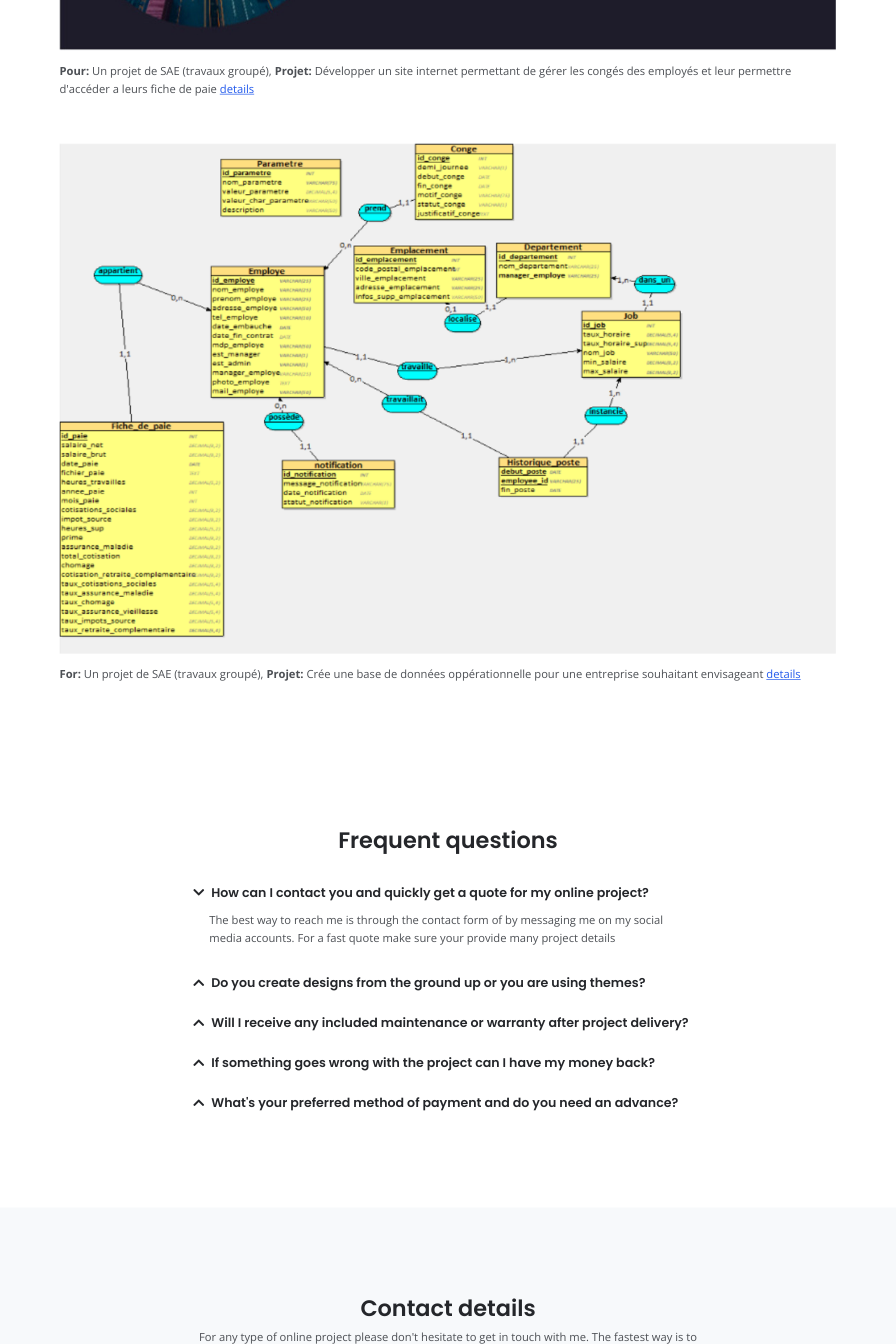
Repository: J2S80000/Portfolio
Page: index.html
The author's editor kept a copy of each file at every save. The page is drawn from the files as they stood at one save, then again after the next save.
The browser window is 1280 px wide. The pictures show the part of the page from y = 4580 to 6500 px (the page is 7477 px tall before and 7503 px after), at 70% of full size.

Above is the page before, as saved 2025-05-05 17:39:56.

After the next save:
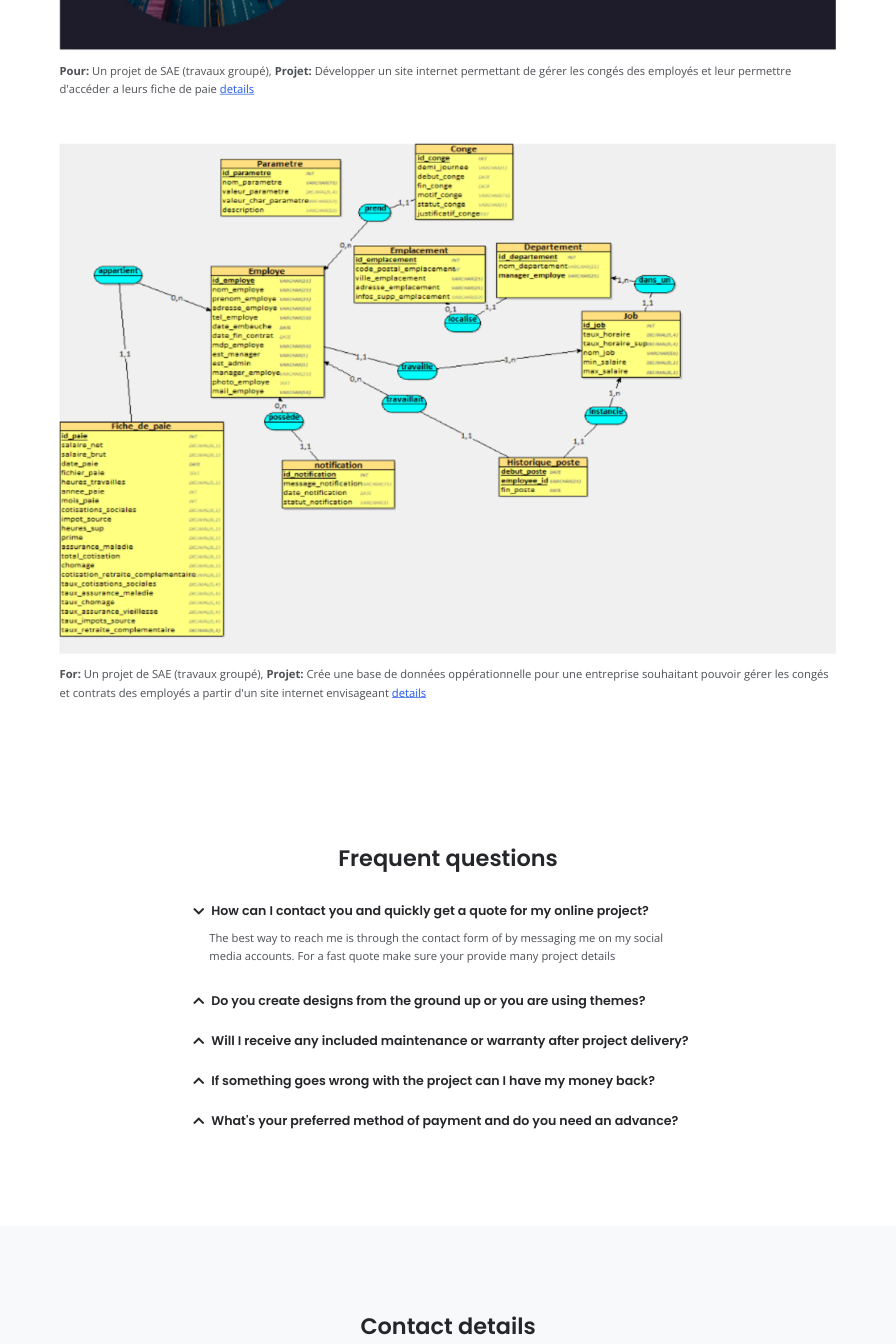
Saved 25 s later.
--- a/index.html
+++ b/index.html
@@ -252,7 +252,7 @@
                                 <img class="img-fluid" src="images/project-3.1.png" alt="alternative">
                             </a>
                         </div> <!-- end of image-container -->
-                        <p><strong>For:</strong> Un projet de SAE (travaux groupé), <strong>Projet:</strong> Crée une base de données oppérationnelle pour une entreprise souhaitant envisageant <a class="blue" href="project.html">details</a></p>
+                        <p><strong>For:</strong> Un projet de SAE (travaux groupé), <strong>Projet:</strong> Crée une base de données oppérationnelle pour une entreprise souhaitant pouvoir gérer les congés et contrats des employés a partir d'un site internet envisageant <a class="blue" href="project.html">details</a></p>
                     </div> <!-- end of text-container -->
 
                 </div> <!-- end of col -->
